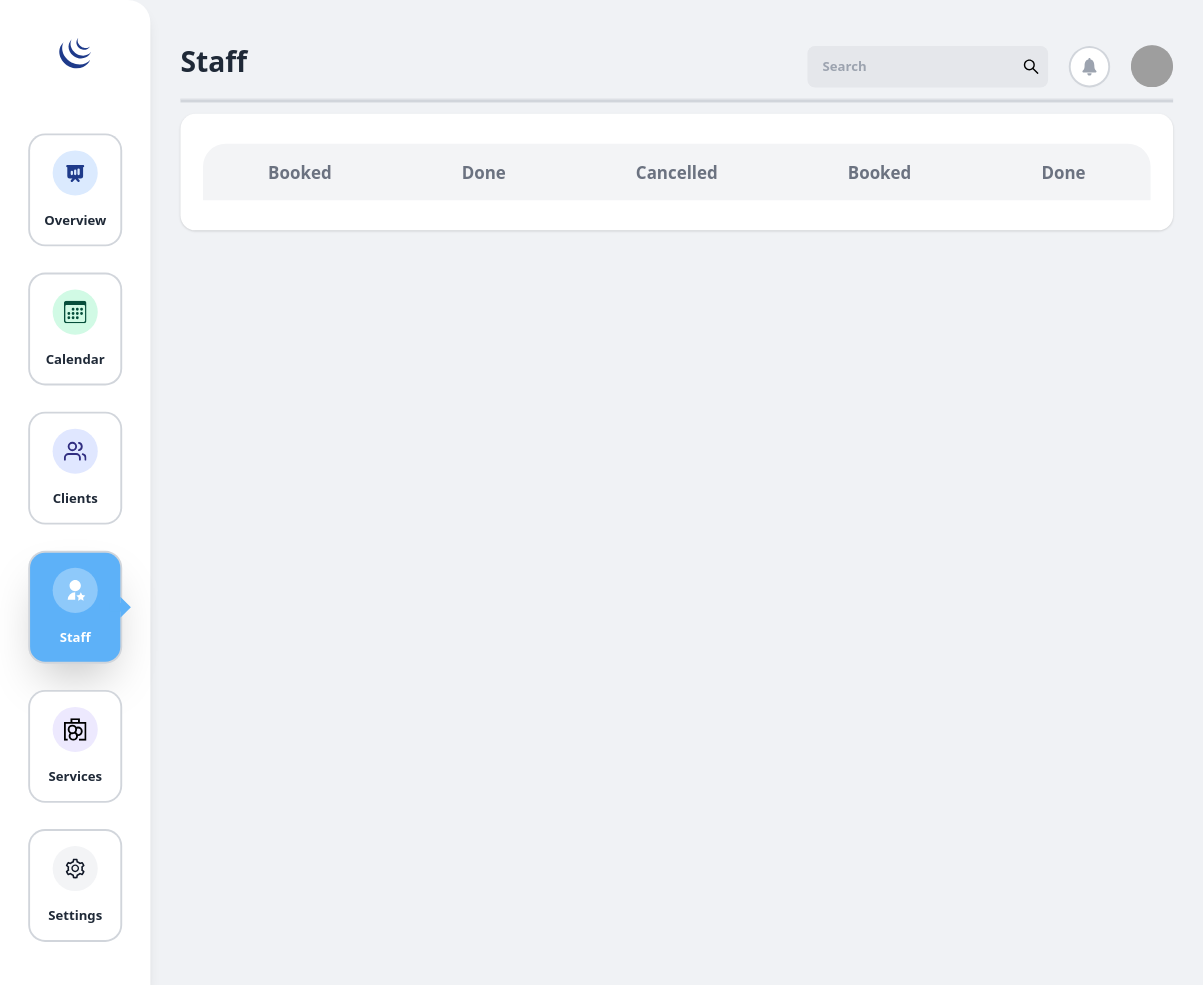
Repository: coolronts/dashboard
Page: /staff
The author's editor kept a copy of each file at every save. The page is drawn from the files as they stood at one save, then again after the next save.
The browser window is 1280 px wide. The pictures show the whole page, at 94% of full size.
Pictures or frames that could not be fetched are drawn as grey boxes. The project was rebuilt for these pictures with package versions that can differ from the ones it lists, and the page was loaded fresh each time. Also part of the build but not shown: craco.config.js, src/Components/Tags/index.tsx, src/Utils/avatar.ts, src/api/Profile.ts, src/Units/Client/Profile/index.tsx, src/Units/Client/index.ts, src/Units/Client/Section/Left/index.tsx, src/Components/DropDown/index.tsx and 29 more.

Above is the page before, as saved 2021-11-29 10:25:42.

### src/index.tsx
import './index.css';

import App from './App';
import React from 'react';
import ReactDOM from 'react-dom';

ReactDOM.render(
  <React.StrictMode>
    <App />
  </React.StrictMode>,
  document.getElementById('root')
);

### src/App.tsx
import "./App.css";

import { BrowserRouter, Route, Routes } from "react-router-dom";
import { Client, Overview, Staff } from "./Pages";

import { LeftDrawer } from "./Units/Shared";
import { SectionHeader } from "./Units/Shared";

function App() {
  const styles = {
    leftDrawer: "bg-white px-8 rounded-tr-3xl py-8 w-42 shadow-lg",
  };
  return (
    <BrowserRouter>
      <div className="App flex">
        <div className={styles.leftDrawer}>
          <LeftDrawer />
        </div>
        <div className="w-full mx-8">
          <SectionHeader />
          <Routes>
            <Route path="/" element={<Overview />} />
            <Route path="/overview" element={<Overview />} />
            <Route path="/clients" element={<Client />} />
            <Route path="/staff" element={<Staff />} />
          </Routes>
        </div>
      </div>
    </BrowserRouter>
  );
}

export default App;

### src/App.css
* {
    margin: 0;
    padding: 0;
}

.App {
    background-color: #F0F2F5;
}

### src/Pages/index.tsx
import Client from "./Client";
import Overview from "./Overview";
import Staff from "./Staff";

export { Overview, Client, Staff };

### src/Units/Shared/index.tsx
import LeftDrawer from './LeftDrawer'
import SectionHeader from './SectionHeader'

export {SectionHeader, LeftDrawer}

### src/Pages/Staff/index.tsx
import Card from "../../Components/Card";
import Table from "../../Components/Table";

const Staff: React.FC = () => {
  return (
    <div>
      <Card
        Element={
          <Table
            isHeader={true}
            headings={["booked", "done", "cancelled", "booked", "done"]}
          />
        }
      />
    </div>
  );
};
export default Staff;

### src/Units/Shared/LeftDrawer/index.tsx
import {
  Calendar,
  Clients,
  Overview,
  Services,
  Settings,
  Staff,
} from "../../../Components/Icons";

import { CompanyLogo } from "../../../Components/Icons";
import Logo from "../../../Components/Logo";

const LeftDrawer: React.FC = () => {
  const styles = {
    CompanyLogo: "text-5xl text-blue-900 w-full mb-12",
    menu: "flex flex-col justify-between bg-blue.primary",
  };
  const icons = [
    { Icon: <Overview />, name: "overview", color: "blue" },
    { Icon: <Calendar />, name: "calendar", color: "green" },
    { Icon: <Clients />, name: "clients", color: "indigo" },
    { Icon: <Staff />, name: "staff", color: "red" },
    { Icon: <Services />, name: "services", color: "purple" },
    { Icon: <Settings />, name: "settings", color: "gray" },
  ];

  return (
    <div className="m-auto">
      <CompanyLogo className={styles.CompanyLogo} />
      <div className={styles.menu}>
        {icons.map((icon) => (
          <Logo
            Icon={icon.Icon}
            name={icon.name}
            color={icon.color}
            key={icon.name}
          />
        ))}
      </div>
    </div>
  );
};

export default LeftDrawer;

### src/Units/Shared/SectionHeader/index.tsx
import { useEffect, useState } from "react";

import Avatar from "../../../Components/Avatar";
import { Notifications } from "../../../Components/Icons";
import { RoundIcon } from "../../../Components/Buttons";
import { SearchBox } from "../../../Components/InputBox";
import { useLocation } from "react-router-dom";

const SectionHeader: React.FC = () => {
  const styles = {
    body: "flex justify-between mt-12",
    heading: "text-3xl text-gray-800 font-bold capitalize",
    leftComponent: "flex items-center justify-around",
  };
  const location = useLocation();

  const [header, setHeader] = useState<string>("");

  useEffect(() => {
    setHeader(location.pathname.substr(1, location.pathname.length));
  }, [location]);

  return (
    <>
      <div className={styles.body}>
        <h1 className={styles.heading}>{header}</h1>
        <div className={styles.leftComponent}>
          <SearchBox />
          <RoundIcon Icon={<Notifications />} />
          <Avatar />
        </div>
      </div>
      <hr className="bg-gray-300 h-1 my-3" />
    </>
  );
};

export default SectionHeader;

### src/Components/Card/index.tsx
import { ReactNode } from "react";

interface CardProps {
  size?: string;
  Element: ReactNode;
  isHeader?: boolean;
  title?: string;
  subtitle?: string;
}

const Card: React.FC<CardProps> = ({
  size,
  Element,
  isHeader = false,
  title,
  subtitle,
}) => {
  const styles = {
    body: `bg-white px-6 py-8 rounded-2xl shadow ${
      size === "sm" ? "w-3/6" : "w-full"
    }`,
    header: "font-semibold font-sans px-4",
    title: "tracking-tighter text-xl text-gray-700 capitalize",
    subtitle: "text-md text-gray-400",
  };
  return (
    <div className={styles.body}>
      {isHeader && (
        <div className={styles.header}>
          <p className={styles.title}>{title}</p>
          <p className={styles.subtitle}>{subtitle}</p>
        </div>
      )}
      {Element}
    </div>
  );
};

export default Card;

### src/Components/Table/index.tsx
interface TableProps {
  isHeader?: boolean;
  headings?: string[];
  data?: any[];
}
const Table: React.FC<TableProps> = ({ isHeader = false, headings, data }) => {
  const styles = {
    header: "flex justify-around bg-gray-100 py-4 rounded-t-3xl font-sans",
    column: `text-center`,
    columnTitle: "text-lg text-gray-500 capitalize font-semibold",
    row: `flex text-sm items-center justify-between font-semibold font-sans tracking-tight py-3`,
  };

  return (
    <div>
      {isHeader && headings && (
        <div className={styles.header}>
          {headings.map((item, i) => (
            <div className="" key={i}>
              <p className={styles.columnTitle}>{item}</p>
            </div>
          ))}
        </div>
      )}
    </div>
  );
};

export default Table;

### src/Components/Icons/index.tsx
import { BsArrowDownShort, BsCalendar3 } from "react-icons/bs";

import { AiOutlineSearch } from "react-icons/ai";
import { AiOutlineSetting } from "react-icons/ai";
import { BiDownload } from "react-icons/bi";
import { BiShowAlt } from "react-icons/bi";
import { DiJqueryLogo } from "react-icons/di";
import { FiArrowUpRight } from "react-icons/fi";
import { FiUsers } from "react-icons/fi";
import { GrBusinessService } from "react-icons/gr";
import { HiPresentationChartBar } from "react-icons/hi";
import { ImArrowRight } from "react-icons/im";
import { IoIosNotifications } from "react-icons/io";
import { RiUserStarFill } from "react-icons/ri";

export {
  HiPresentationChartBar as Overview,
  BsCalendar3 as Calendar,
  FiUsers as Clients,
  RiUserStarFill as Staff,
  GrBusinessService as Services,
  AiOutlineSetting as Settings,
  ImArrowRight as ArrowRight,
  DiJqueryLogo as CompanyLogo,
  AiOutlineSearch as Search,
  IoIosNotifications as Notifications,
  FiArrowUpRight as ArrowUpRight,
  BsArrowDownShort as ArrowDown,
  BiShowAlt as Show,
  BiDownload as Download,
};

### src/Components/Logo/index.tsx
import { useEffect, useState } from "react";

import { ArrowRight } from "../Icons";
import { Link } from "react-router-dom";
import { useLocation } from "react-router-dom";

interface IconProps {
  Icon: React.ReactNode;
  name: string;
  color: string;
}

const Logo: React.FC<IconProps> = ({ Icon, name, color }) => {
  const location = useLocation();
  const [active, setActive] = useState<string>("");

  useEffect(() => {
    setActive(location.pathname.substr(1, location.pathname.length));
    console.log(active, name);
    console.log(color);
  }, [location, active, name, color]);

  const styles = {
    body: `${
      active === name ? "bg-blue-primary shadow-2xl" : "bg-white"
    } relative group my-4 text-2xl px-12 py-4 bg-white ring-2 ring-gray-300 w-20 rounded-2xl flex flex-col items-center justify-around hover:bg-blue-primary hover:shadow-2xl cursor-pointer `,
    name: `${
      active === name ? "text-white" : "text-gray-800"
    } group-hover:text-white capitalize text-sm font-semibold mt-4`,
    icon: `${
      active === name
        ? "bg-blue-primary text-white"
        : `bg-${color}-100 text-${color}-900`
    } rounded-full p-3 group-hover:bg-blue-primary group-hover:text-white`,
    arrowRight: `${
      active === name ? "text-blue-primary" : "text-transparent"
    } absolute -right-3 text-transparent`,
    overlay: `${
      active === name ? "opacity-30 " : "opacity-0"
    } absolute bg-white w-12 h-12 rounded-full top-4 group-hover:opacity-30`,
  };

  return (
    <Link to={`/${name}`}>
      <div className={styles.body}>
        <div className={styles.overlay} />
        <div className={styles.icon}> {Icon} </div>
        <p className={styles.name}> {name} </p>
        <ArrowRight className={styles.arrowRight} />
      </div>
    </Link>
  );
};

export default Logo;

### src/Components/Avatar/index.tsx
interface AvatarProps {
  img?: string;
  radius?: number;
}
const imgLink="https://images.unsplash.com/photo-1472099645785-5658abf4ff4e?ixlib=rb-1.2.1&ixid=eyJhcHBfaWQiOjEyMDd9&auto=format&fit=facearea&facepad=2&w=256&h=256&q=80"

const Avatar: React.FC<AvatarProps> = ({ img = imgLink, radius =45 }) => {
  const styles = {
    avatar:`inline-block rounded-full cursor-pointer`
  }
  return (
    <div>
      <img
        style={{width:radius, height:radius}}
        className={styles.avatar}
        src={img}
        alt="avatar"
      />
    </div>
  )
}

export default Avatar

### src/Components/Buttons/index.tsx
interface RoundIconButtonProps {
  Icon: React.ReactNode;
}

const RoundIcon: React.FC<RoundIconButtonProps> = ({ Icon }) => {
  const styles = {
    icon: "ring-2 flex items-center justify-center ring-gray-300 text-2xl w-10 h-10 font-bold p-2 bg-white rounded-full mx-6 shadow text-gray-400 cursor-pointer hover:shadow-2xl",
  };
  return (
    <div className={styles.icon}>
      <div className="m-auto">{Icon}</div>
    </div>
  );
};

interface PrimaryProps {
  name: string;
}

const Primary: React.FC<PrimaryProps> = ({ name }) => {
  const styles = {
    body: "text-center font-semibold w-64 py-3 bg-blue-500 rounded-xl mx-6 shadow text-white cursor-pointer hover:shadow-2xl",
    name: " ",
  };
  return (
    <div className={styles.body}>
      <p className={styles.name}>{name}</p>
    </div>
  );
};

export { Primary, RoundIcon };

### src/Components/InputBox/index.tsx
import {Search} from '../Icons'

const SearchBox: React.FC = () => {
  const styles = {
    body: "relative",
    textBox: "bg-gray-200 w-64 rounded-lg py-3 px-4 font-semibold text-sm focus:ring-2 ring-gray-600 outline-none",
    searchIcon: "absolute right-2 top-3 text-xl"
  }

  return (
    <div className={styles.body}>
      <input className={styles.textBox} type="text" placeholder="Search" />
      <Search className={styles.searchIcon}/>
    </div>
  )
}

interface dataProps{
  label: string,
  text: string,
}

const DisabledInputWithLabel: React.FC<dataProps> = ({ label, text }) => {
  const styles = {
    body: "bg-gray-200 w-full rounded-2xl py-3 px-4 font-semibold text-sm focus:ring-2 ring-gray-600 outline-none",
    label: "text-gray-500 capitalize",
    searchIcon: "absolute right-2 top-3 text-xl"
  }

  return (
    <div className={styles.body}>
      <p className={styles.label}>{label}</p>
      <p > {text}</p>
    </div>
  )
}

export {DisabledInputWithLabel, SearchBox}

### tailwind.config.js
module.exports = {
    purge: ["./src/**/*.{js,jsx,ts,tsx}", "./public/index.html"],
    darkMode: false, // or 'media' or 'class'
    theme: {
        extend: {
            colors: {
                blue: {
                    primary: "#5DB1F8",
                    secondary: "#38A3FF",
                    tertiary: "#1D90F3",
                },
            },
        },
    },
    variants: {
        extend: {},
    },
    plugins: [],
};

Loaded but not shown: public/index.html (common file); src/index.css (common file)

After the next save:
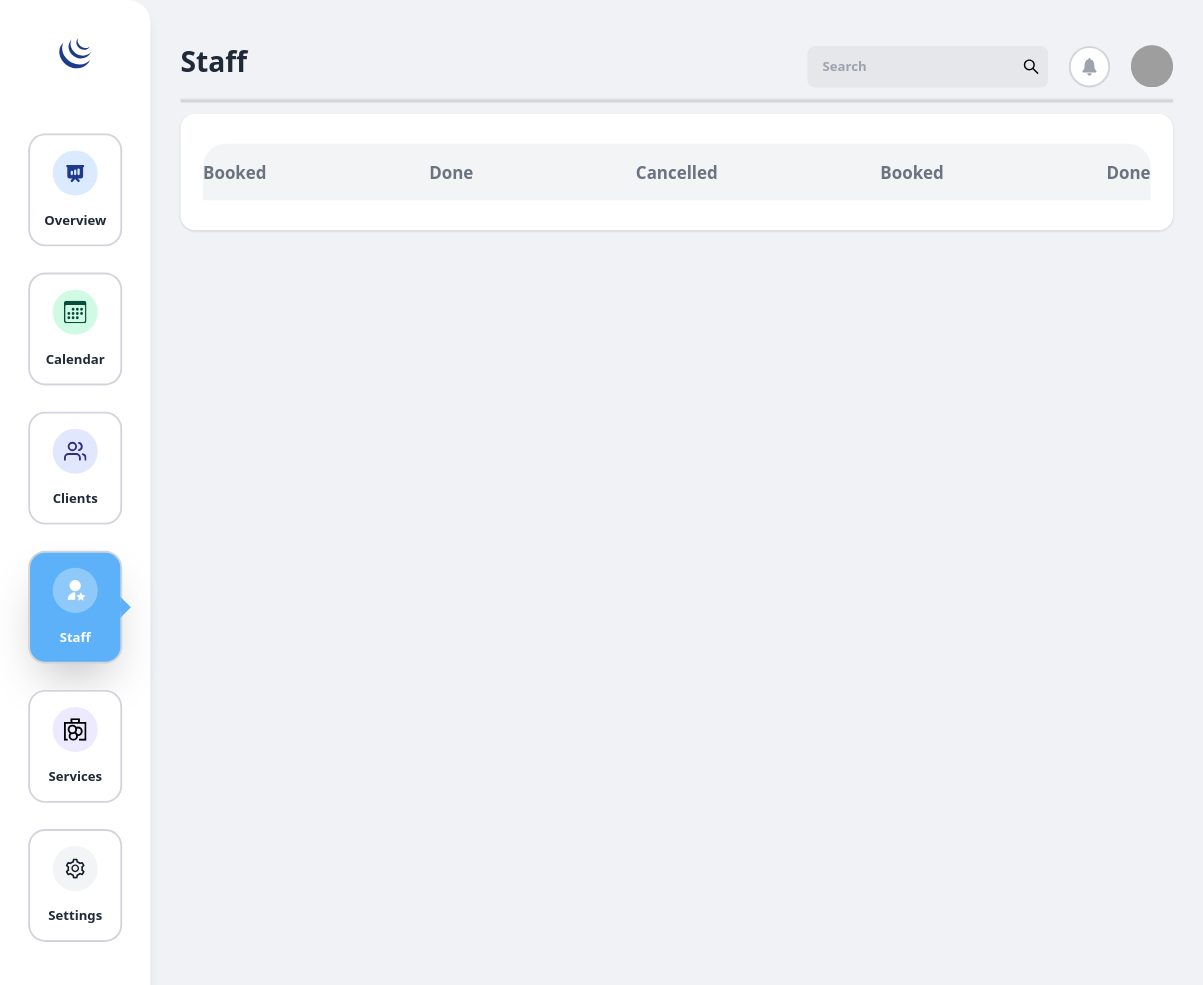
Saved 36 s later.
--- a/src/Components/Table/index.tsx
+++ b/src/Components/Table/index.tsx
@@ -5,7 +5,7 @@
 }
 const Table: React.FC<TableProps> = ({ isHeader = false, headings, data }) => {
   const styles = {
-    header: "flex justify-around bg-gray-100 py-4 rounded-t-3xl font-sans",
+    header: "flex justify-between bg-gray-100 py-4 rounded-t-3xl font-sans",
     column: `text-center`,
     columnTitle: "text-lg text-gray-500 capitalize font-semibold",
     row: `flex text-sm items-center justify-between font-semibold font-sans tracking-tight py-3`,
@@ -16,7 +16,7 @@
       {isHeader && headings && (
         <div className={styles.header}>
           {headings.map((item, i) => (
-            <div className="" key={i}>
+            <div className={styles.column} key={i}>
               <p className={styles.columnTitle}>{item}</p>
             </div>
           ))}

After the save that followed:
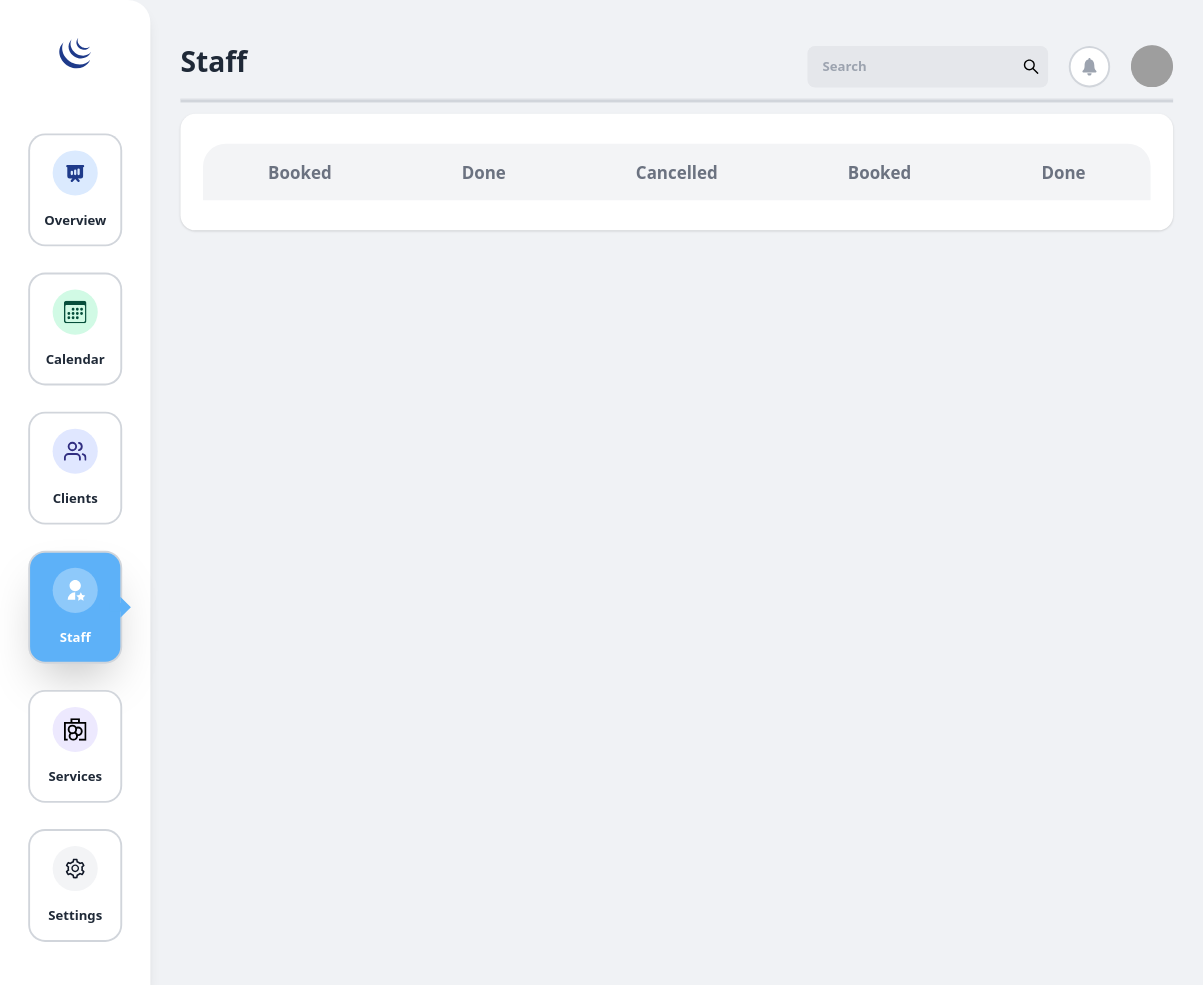
Saved 12 s later.
--- a/src/Components/Table/index.tsx
+++ b/src/Components/Table/index.tsx
@@ -5,7 +5,7 @@
 }
 const Table: React.FC<TableProps> = ({ isHeader = false, headings, data }) => {
   const styles = {
-    header: "flex justify-between bg-gray-100 py-4 rounded-t-3xl font-sans",
+    header: "flex justify-around bg-gray-100 py-4 rounded-t-3xl font-sans",
     column: `text-center`,
     columnTitle: "text-lg text-gray-500 capitalize font-semibold",
     row: `flex text-sm items-center justify-between font-semibold font-sans tracking-tight py-3`,
